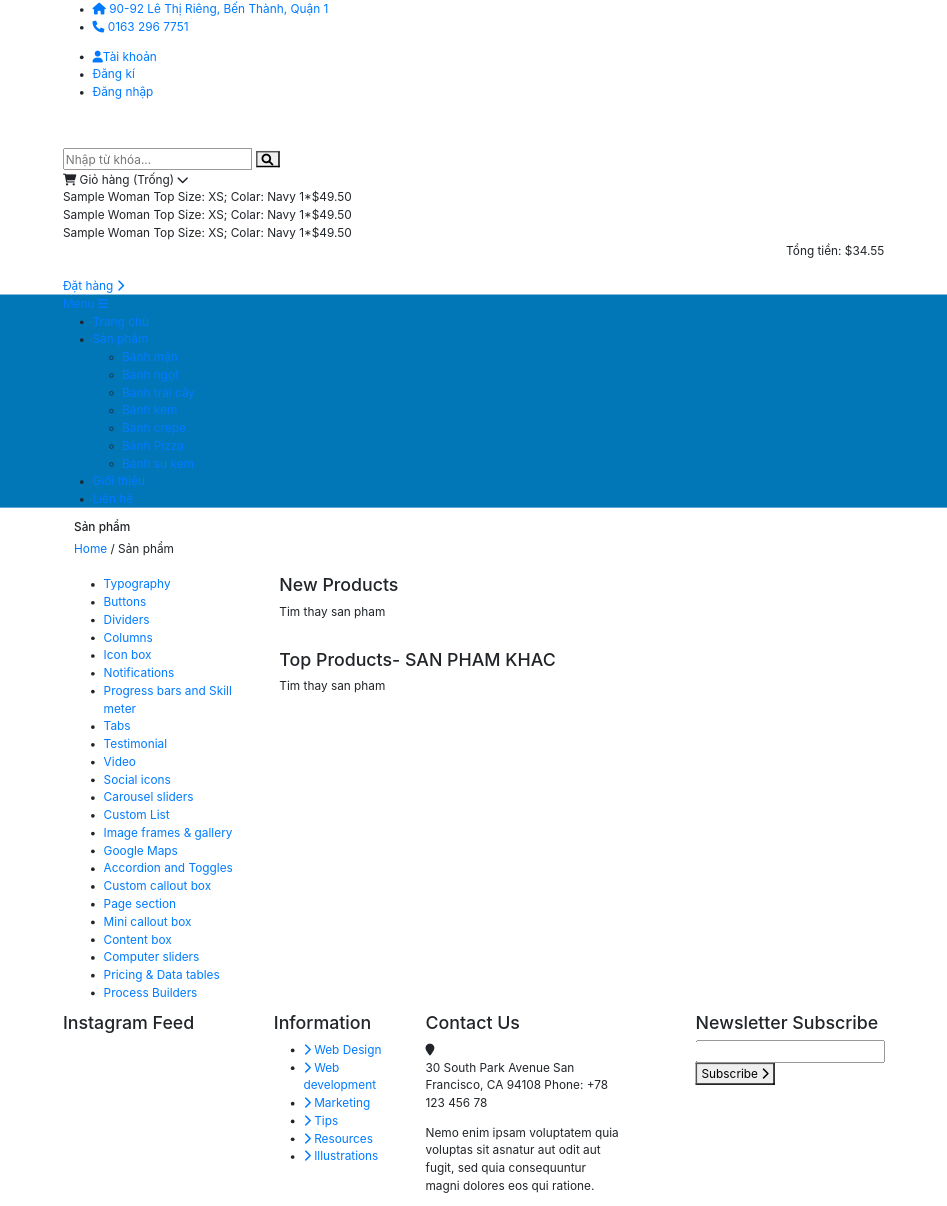
Repository: thidieu2005/Cake-Shop
Page: resources/views/page/loai_sanpham.blade.php
The author's editor kept a copy of each file at every save. The page is drawn from the files as they stood at one save, then again after a run of saves.
The browser window is 1280 px wide. The pictures show the whole page, at 74% of full size.
The page is served by the project's Laravel application, run on PHP 8.4 with Laravel 10. The database holds what the project's SQL file puts in it. The template is opened directly, without the code that normally fills it, so the values that code supplies are empty.

Above is the page before, as saved 2025-03-13 09:28:53.

After the next 2 saves:
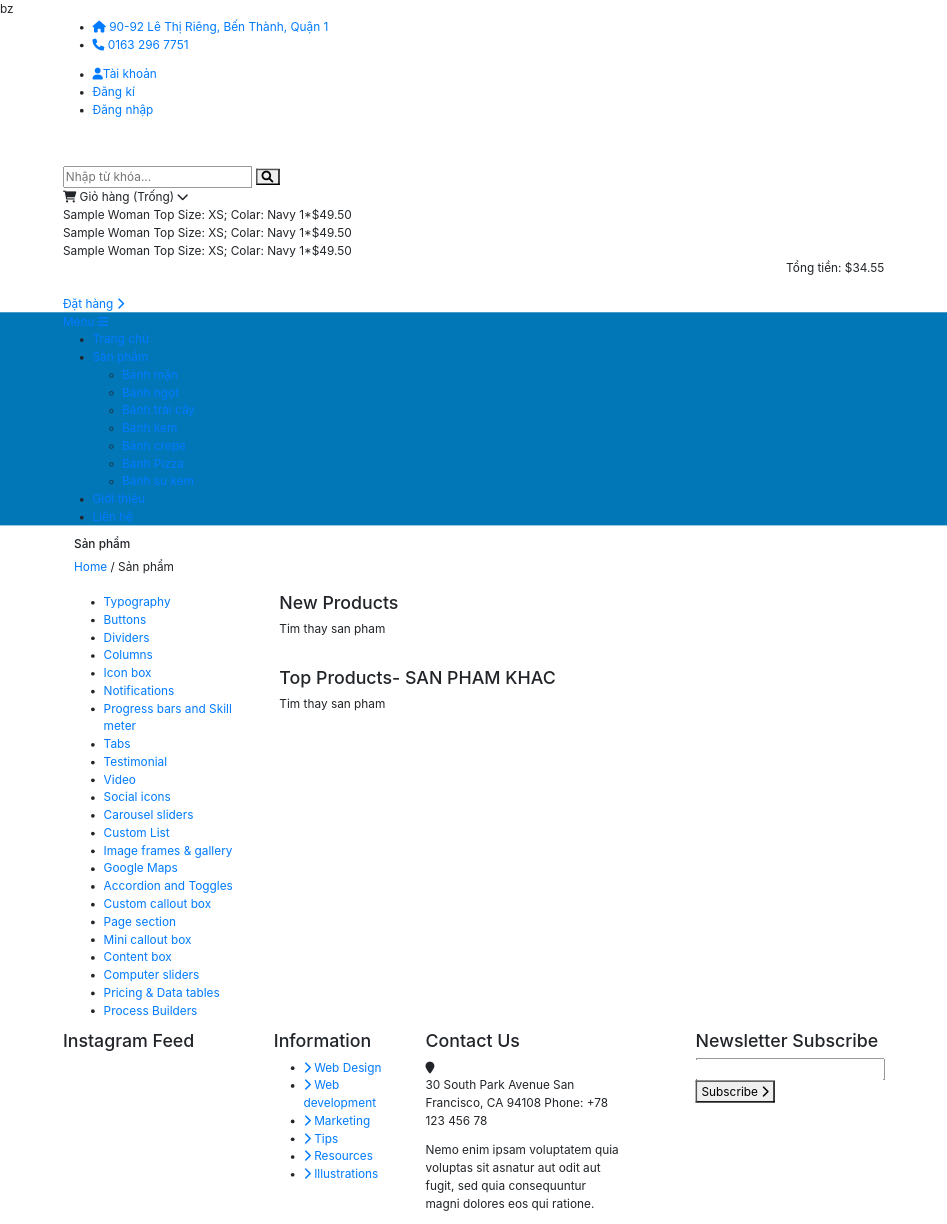
The 2 saves are shown as one change because they came seconds apart.
The last was saved 13 min 54 s later.
--- a/resources/views/layouts/typeProductMaster.blade.php
+++ b/resources/views/layouts/typeProductMaster.blade.php
@@ -2,6 +2,7 @@
 <html lang="vi">
 
 <head>
+    bz
     <meta charset="UTF-8">
     <meta name="viewport" content="width=device-width, initial-scale=1">
     <title>Pet Shop</title>

After the 2 saves that followed:
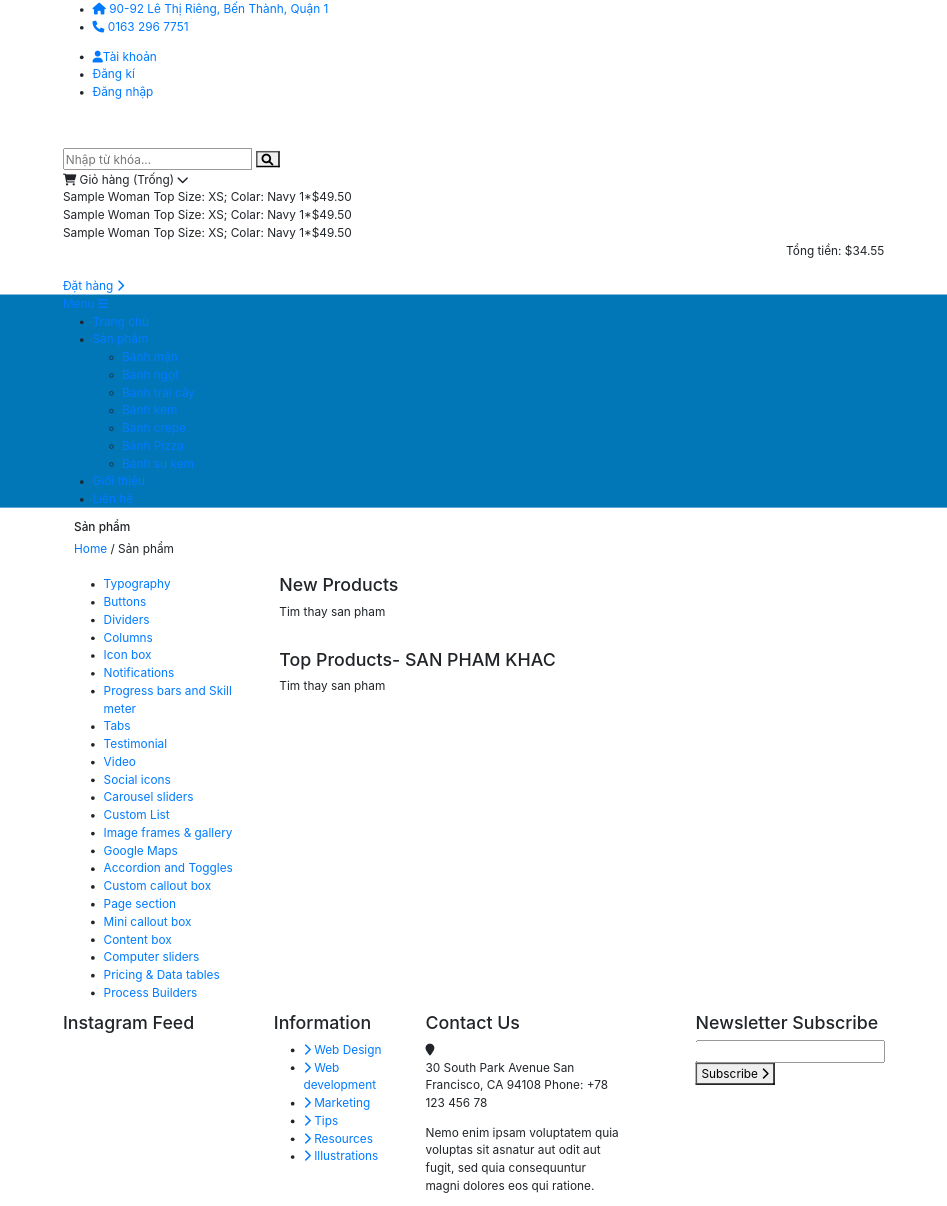
The 2 saves are shown as one change because they came seconds apart.
The last was saved 9 s later.
--- a/resources/views/layouts/typeProductMaster.blade.php
+++ b/resources/views/layouts/typeProductMaster.blade.php
@@ -2,8 +2,8 @@
 <html lang="vi">
 
 <head>
-    bz
-    <meta charset="UTF-8">
+    <base href="/>
+    <meta charset=" UTF-8">
     <meta name="viewport" content="width=device-width, initial-scale=1">
     <title>Pet Shop</title>
 
